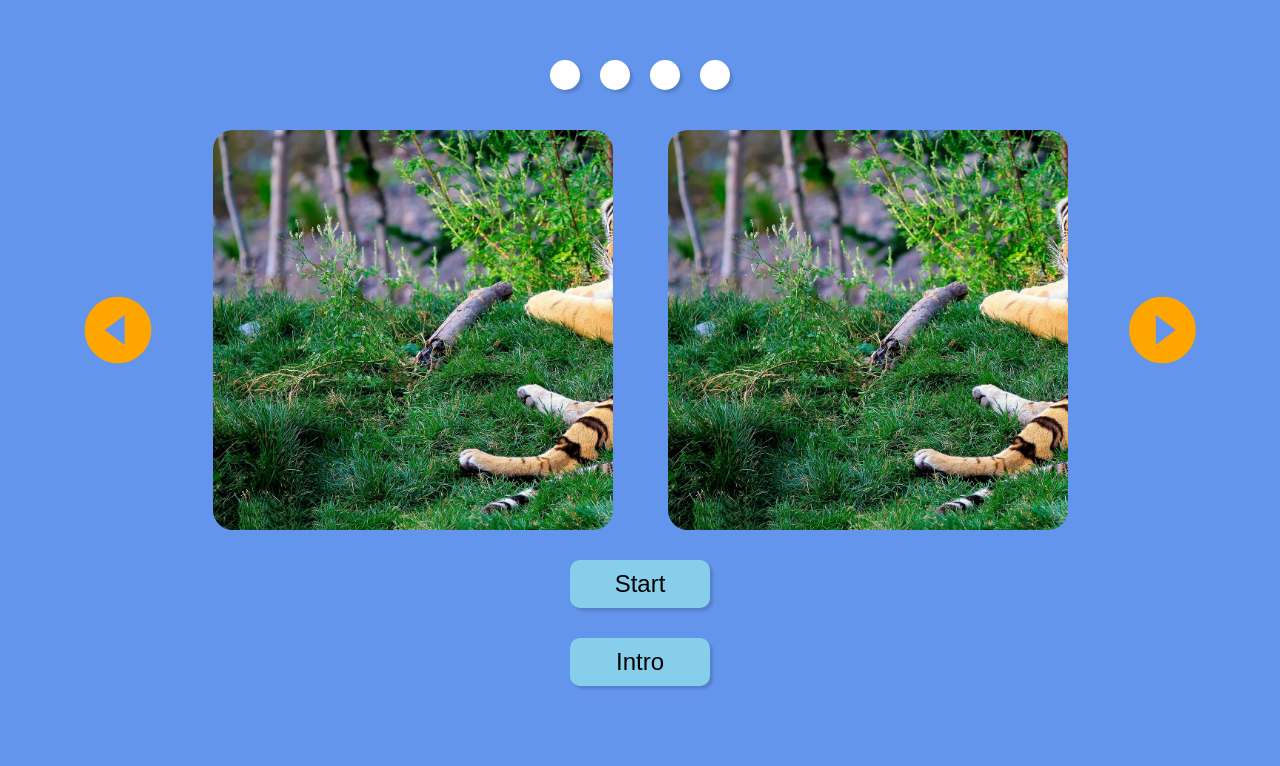
Repository: sylviaah/dynamicmidterm
Page: slider/slider.html
These files come from the project's save history. The page is drawn as it stood at one moment and after the next save; the edit follows.
The browser window is 1280 px wide. The pictures show the whole page.

Above is the page before, as saved 2020-03-13 13:07:05.

### slider/slider.html
<!DOCTYPE html>
<html>
    <html>
        <title>Slider</title>
        <link rel="stylesheet" href="slider.css">
        <link href="https://fonts.googleapis.com/icon?family=Material+Icons" rel="stylesheet">
    </html>
    <body>
        <div class="slider">
            <div class="slider_progress">
                <div class="progress 25"></div>
                <div class="progress 50"></div>
                <div class="progress 75"></div>
                <div class="progress 100"></div>
            </div>
            <div class="slider_slider">
                <i class="material-icons arrow_left" onclick="previous()">play_circle_filled</i>
                <div class="image_div img1">
                    <img class="instructions_image" src="imgs/img1.jpg" alt="">
                </div>
                <div class="image_div img2">
                    <img class="instructions_image" src="imgs/img1.jpg" alt="">
                </div>
                <i class="material-icons arrow_right" onclick="next()">play_circle_filled</i>
            </div>
            <div class="slider_menu">
                <div class="menu_start">Start</div>
                <div class="menu_intro">Intro</div>
            </div>
        </div>
        <script src="slider.js"></script>
    </body>
</html>

### slider/slider.css
body,html {
    margin: 0;
    background-color: cornflowerblue;
}

.slider{
    padding: 50px;
    display: flex;
    flex-direction: column;
    align-items: center;
}

.slider_progress{
    display: flex;
    margin-bottom: 30px;
}

.slider_progress div{
    width: 30px;
    height: 30px;
    margin: 10px;
    background-color: white;
    border-radius: 50%;
    box-shadow: 3px 3px 3px rgb(0, 0, 0, 0.15);
}

.slider_slider{
    display: flex;
    width: 100%;
    align-items: center;
    justify-content: space-around;
}

.material-icons.arrow_left {
    /* visibility: hidden; */
    transform: rotate(180deg);
    font-size: 80px;
    color: orange;
}

.material-icons.arrow_right {
    visibility: visible;
    color: orange;
    font-size: 80px;
}

.image_div{
    width: 400px;
    height: 400px;
    overflow: hidden;
    border-radius: 20px;
}

.image_div img{
    object-fit: cover;
    height: 400px;
}

.menu_start, .menu_intro{
    display: flex;
    width: 100px;
    margin: 30px;
    justify-content: center;
    border-radius: 10px;
    padding: 10px 20px;
    background-color:skyblue;
    font-size: 18pt;
    font-family: Arial, Helvetica, sans-serif;
    box-shadow: 3px 3px 3px rgb(0, 0, 0, 0.15);
}

Loaded but not shown: slider/slider.js (no copy from this time; the picture is the same without it)

After the next save:
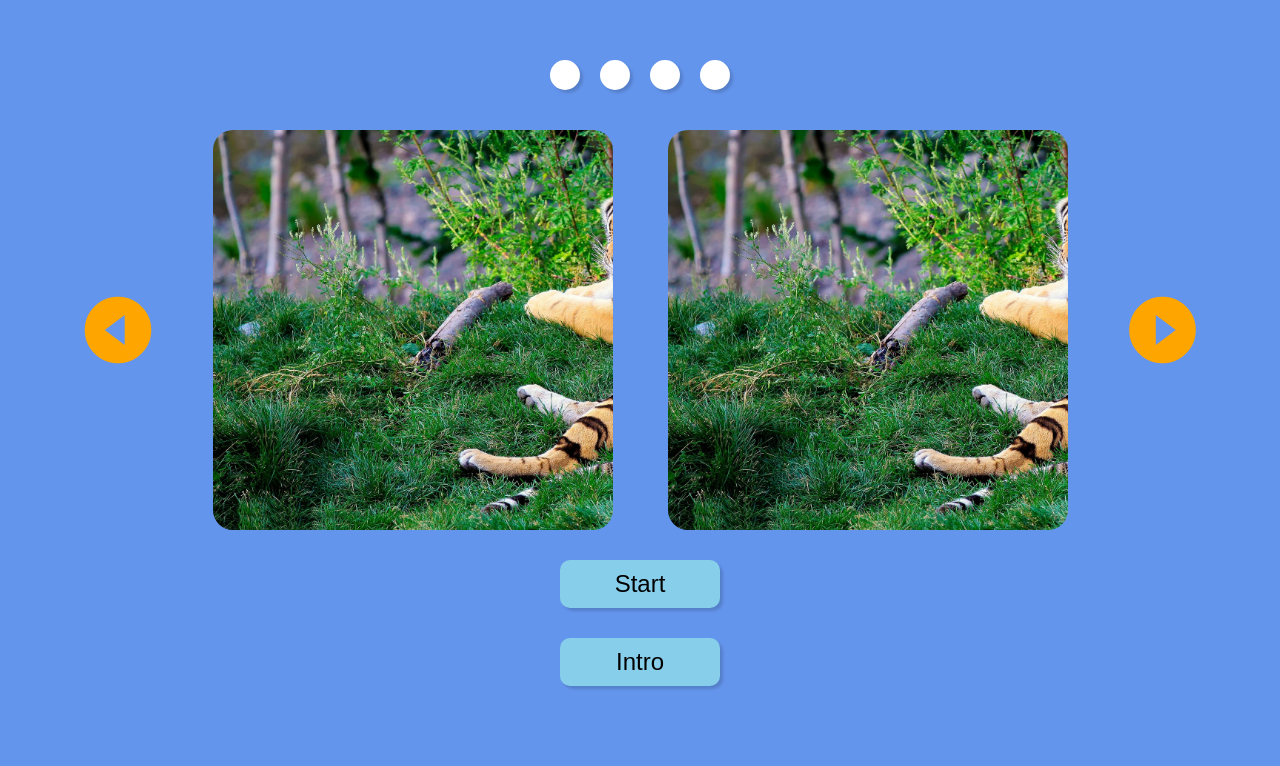
Saved 11 s later.
--- a/slider/slider.css
+++ b/slider/slider.css
@@ -62,7 +62,7 @@ body,html {
     margin: 30px;
     justify-content: center;
     border-radius: 10px;
-    padding: 10px 20px;
+    padding: 10px 30px;
     background-color:skyblue;
     font-size: 18pt;
     font-family: Arial, Helvetica, sans-serif;
